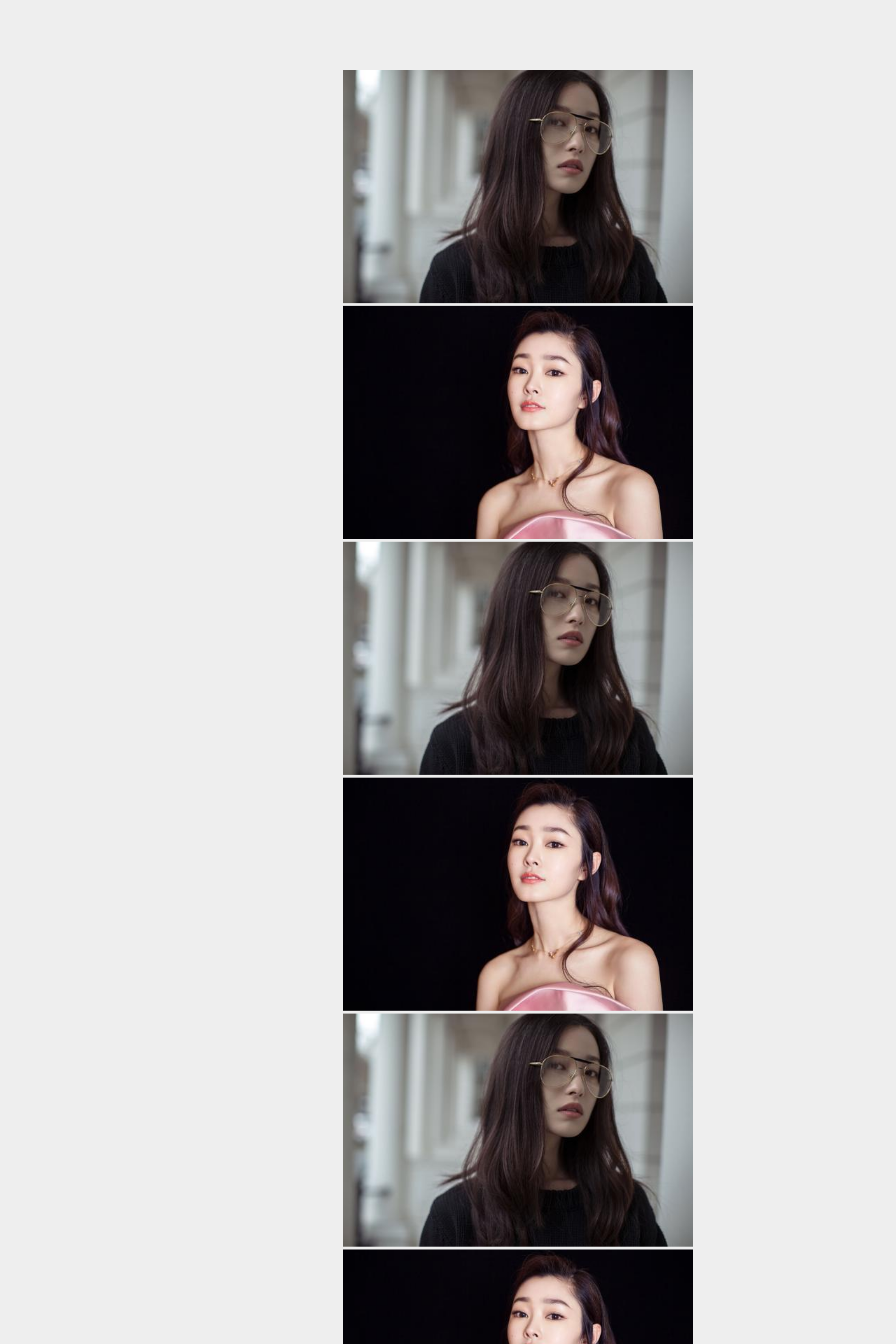
Repository: Germtao/Web
Page: web_css/css3_动画案例.html
An editor plug-in stored every save of this project. The page is shown before and after the next save, followed by the edit.
The browser window is 1280 px wide. The pictures show the part of the page from y = 0 to 1920 px (the page is 3807 px tall before and 720 px after), at 70% of full size.

Above is the page before, as saved 2020-11-03 11:07:42.

After the next save:
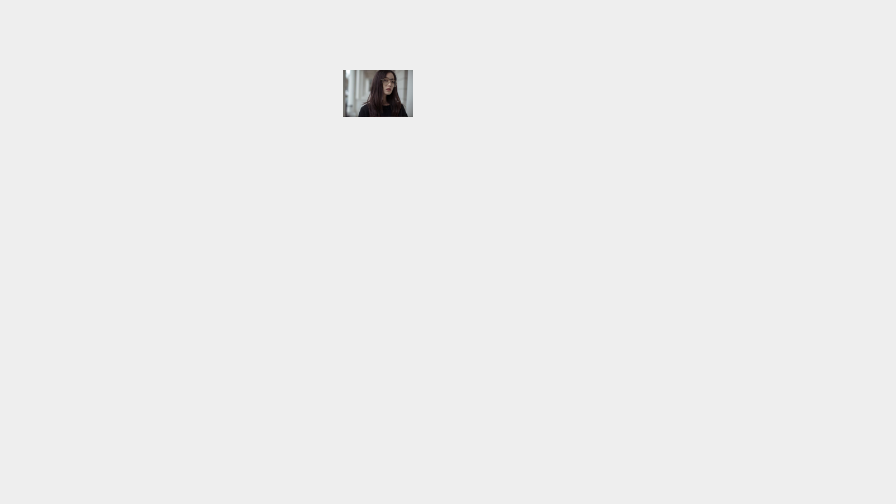
Saved 39 s later.
--- a/web_css/css3_动画案例.html
+++ b/web_css/css3_动画案例.html
@@ -43,6 +43,14 @@
       margin: 100px auto;
       position: relative;
     }
+
+    img {
+      width: 100px;
+      position: absolute;
+      left: 0;
+      top: 0;
+      transition: ;
+    }
   </style>
 </head>
 
